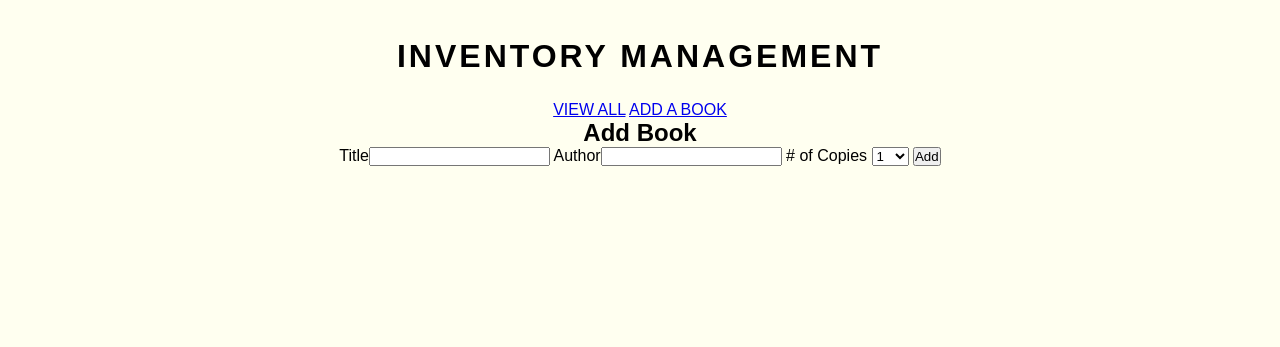
Repository: MuffinCrow/ucvts-library
Page: http://localhost/ucvts-library/bookform.jsp
These files come from the project's save history. The page is drawn as it stood at one moment and after the next save; the edit follows.
The browser window is 1280 px wide. The pictures show the whole page.
The page is served by Tomcat 9. Other server files are loaded and not shown. The template is opened directly, without the code that normally fills it, so the values that code supplies are empty.

Above is the page before, as saved 2021-01-12 04:58:31.

### Code/ucvts-library/WebContent/bookform.jsp
<%@ page language="java" contentType="text/html; charset=UTF-8" pageEncoding="UTF-8"%>
<%@ taglib uri="http://java.sun.com/jsp/jstl/core" prefix="c"%>

<!DOCTYPE html>
<html>
	<head>
		<meta charset="UTF-8">
		<title>UCVTS Library</title>

		<style type="text/css">
			<%@ include file="css/styles.css" %>
		</style>
	</head>
	<body>
		<div>
			<h1>Inventory Management</h1>

			<div>
				<a href="${pageContext.request.contextPath}/">VIEW ALL</a>
				<a href="${pageContext.request.contextPath}/add">ADD A BOOK</a>
			</div>
		</div>
		<div>
			<c:if test="${book != null}">
				<h2>Edit Book</h2>
				<form action="update" method="post">
					<input type="hidden" name="id" value="<c:out value="${book.title}" />" />

					<label>Title<input type="text" name="title" value="<c:out value="${book.title}" />" /></label>
					<label>Author<input type="text" name="author" value="<c:out value="${book.title}" />" /></label>
					<label>
						# of Copies
						<select name="copies">
							<c:forEach begin="1" end="15" varStatus="loop">
								<option value="${loop.index}" <c:if test="${book.copies == loop.index}">selected</c:if>>${loop.index}</option>
							</c:forEach>
							</select>
						</label>
					<div class="form-actions">
						<input type="submit" value="Save" name="submit" />
						<input type="submit" value="Delete" name="submit" />
					</div>
				</form>
			</c:if>
			<c:if test="${book == null}">
				<h2>Add Book</h2>
				<form action="insert" method="post">
					<input type="hidden" name="id" />

					<label>Title<input type="text" name="title" /></label>
					<label>Author<input type="text" name="author" /></label>
					<label>
						# of Copies
							<select name="copies">
								<c:forEach begin="1" end="15" varStatus="loop">
									<option value="${loop.index}">${loop.index}</option>
								</c:forEach>
							</select>
						</label>
					<input type="submit" value="Add" name="submit" />
				</form>
			</c:if>
		</div>
	</body>
</html>

### Code/ucvts-library/WebContent/css/styles.css
* {
	box-sizing: border-box;
	margin: 0;
	padding: 0;
}

body {
	background-color: ivory;
	font-family: "Montserrat", sans-serif;
	padding-top: 3%;
	text-align: center;
}

h1 {
	letter-spacing: 3px;
	margin-bottom: 2%;
	text-transform: uppercase;
}

table {
	border-collapse: collapse;
	margin: 0 auto;
	width: 80%;
}

table tr:first-child {
	background-color: lightblue;
}

table th {
	font-weight: bold;
}

table td {
	text-align: left;
}

table td:nth-child(3),
table td:nth-child(4) {
	text-align: center;
}

table td:nth-child(5) div {
	display: flex;
	justify-content: space-around;
}

table th,
table td {
	padding: 7px;
}

.header {
	display: flex;
	justify-content: space-between;
	margin: 0 auto;
	margin-bottom: 2%;
	width: 30%;
}

.header-button {
	background-color: lightcoral;
	border: 1px solid black;
	border-radius: 7px;
	color: black;
	font-weight: bold;
	padding: 12px;
	text-align: center;
	text-decoration: none;
	width: 45%;
}

.header-button:active {
	background-color: coral;
	color: white;
}

.button {
	background-color: lightgray;
	border: 1px solid black;
	border-radius: 3px;
	color: black;
	font-size: 14px;
	padding: 5px;
	text-align: center;
	text-decoration: none;
	width: 25%;
}

.button:active {
	background-color: darkgray;
	color: white;
}

After the next save:
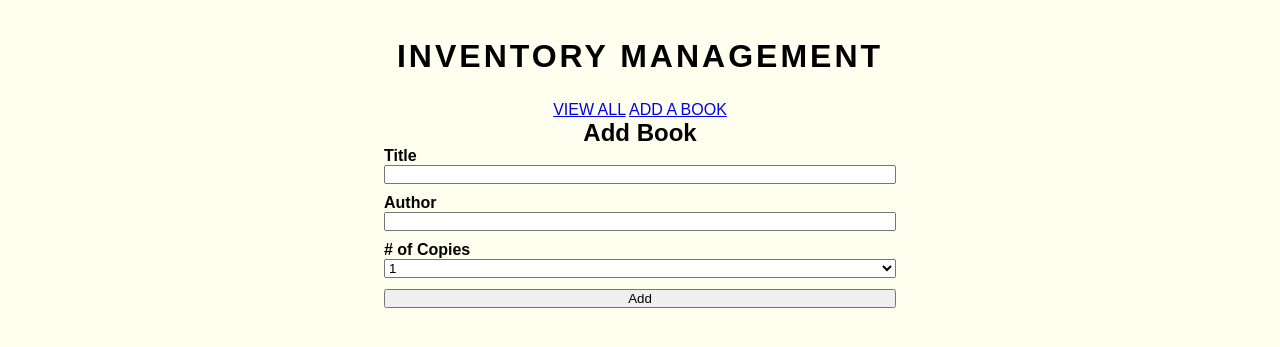
Saved 2 min 9 s later.
--- a/Code/ucvts-library/WebContent/css/styles.css
+++ b/Code/ucvts-library/WebContent/css/styles.css
@@ -50,6 +50,21 @@ table td {
 	padding: 7px;
 }
 
+form {
+	display: flex;
+	flex-direction: column;
+	margin: 0 auto;
+	width: 40%;
+}
+
+form label {
+	display: flex;
+	flex-direction: column;
+	font-weight: bold;
+	margin-bottom: 2%;
+	text-align: left;
+}
+
 .header {
 	display: flex;
 	justify-content: space-between;
